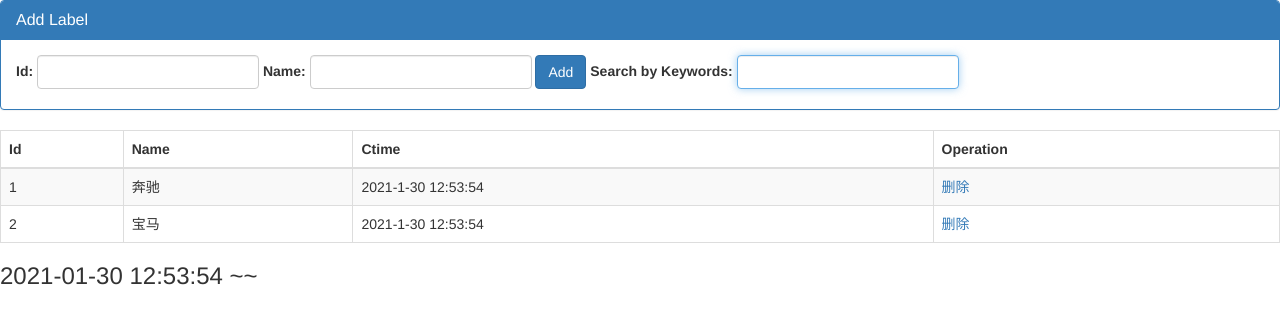
Repository: Devonzhang/FrontEnd
Page: VueStudyDay2/02品牌列表案例2.html
These files come from the project's save history. The page is drawn as it stood at one moment and after the next save; the edit follows.
The browser window is 1280 px wide. The pictures show the whole page.

Above is the page before, as saved 2021-02-01 13:39:26.

After the next save:
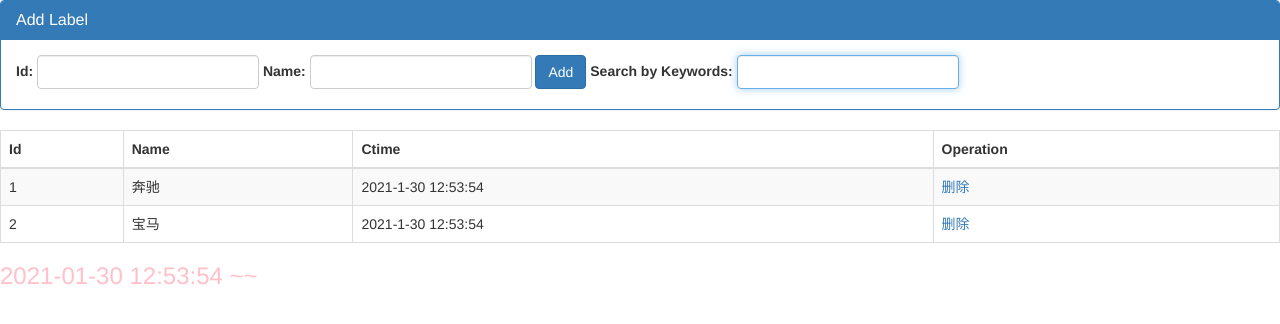
Saved 2 min 51 s later.
--- a/VueStudyDay2/02品牌列表案例2.html
+++ b/VueStudyDay2/02品牌列表案例2.html
@@ -60,7 +60,7 @@
 
 
     <div id="app2">
-        <h3>
+        <h3 v-fontweight="200" v-color="'pink'">
             {{dt | dateFormat}}
         </h3>
 
@@ -243,6 +243,15 @@
                         }
 
                     }
+                },
+
+                directives: {
+                    'fontweight': {
+                        bind: function(el, binding) {
+                            el.style.fontweight = binding.value
+                        }
+                    }
+
                 }
             })
             // document.getElementById('search').focus()
